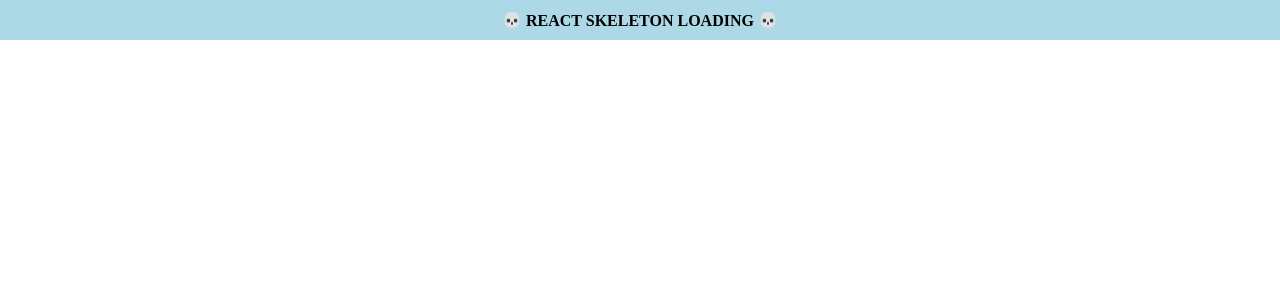
Repository: ethanJones21/React-Skeleton-Loading
Page: /
The author's editor kept a copy of each file at every save. The page is drawn from the files as they stood at one save, then again after the next save.
The browser window is 1280 px wide. The pictures show the whole page.
The project was rebuilt for these pictures with package versions that can differ from the ones it lists, and the page was loaded fresh each time.

Above is the page before, as saved 2020-11-26 02:02:57.

### public/index.html
<!DOCTYPE html>
<html lang="en">
  <head>
    <meta charset="utf-8" />
    <link rel="icon" href="%PUBLIC_URL%/favicon.ico" />
    <meta name="viewport" content="width=device-width, initial-scale=1" />
    <meta name="theme-color" content="#000000" />
    <meta name="description" content="React skeleton loading" />
    <link rel="preconnect" href="https://fonts.gstatic.com" />
    <link
      href="https://fonts.googleapis.com/css2?family=Roboto:wght@100;300;400;500;700;900&display=swap"
      rel="stylesheet"
    />
    <title>React Skeleton</title>
  </head>
  <body>
    <noscript>You need to enable JavaScript to run this app.</noscript>
    <div id="root"></div>
  </body>
</html>

### src/App.js
import './App.css';
import Header from './components/Header';

function App() {
  return (
    <div className="app">
      <Header/>
      <div className="appPosts"></div>
      <div className="appUser"></div>
    </div>
  );
}

export default App;

### src/App.css
*{
    margin: 0;
}
.app{
    display: flex;
}

### src/components/Header.js
import React from 'react';
import "./Header.css"

const Header = () => {
    return (
        <div className="header">
            <span>💀 REACT SKELETON LOADING 💀 </span>
        </div>
    );
};

export default Header;

### src/components/Header.css
.header{
    display: flex;
    align-items: center;
    justify-content: center;
    height: 40px;
    width: 100%;
    background-color: lightblue;
    font-weight: bold;
}

Loaded but not shown: src/index.js (common file)

After the next save:
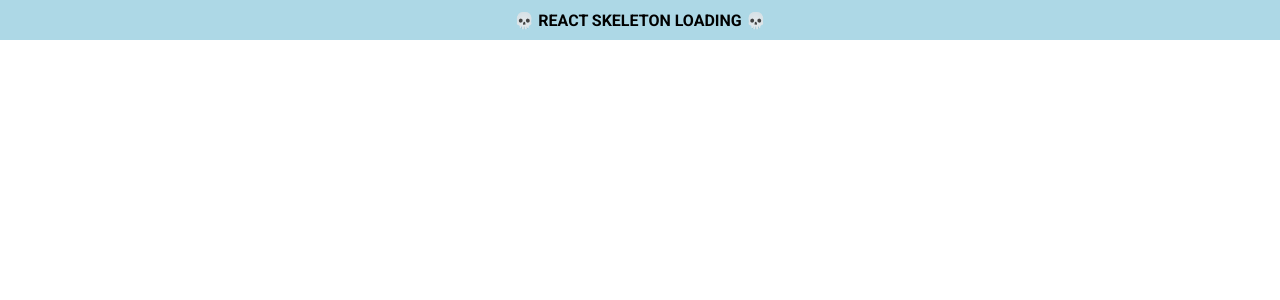
Saved 19 s later.
--- a/src/App.css
+++ b/src/App.css
@@ -1,5 +1,6 @@
 *{
     margin: 0;
+    font-family: 'Roboto', sans-serif;
 }
 .app{
     display: flex;
